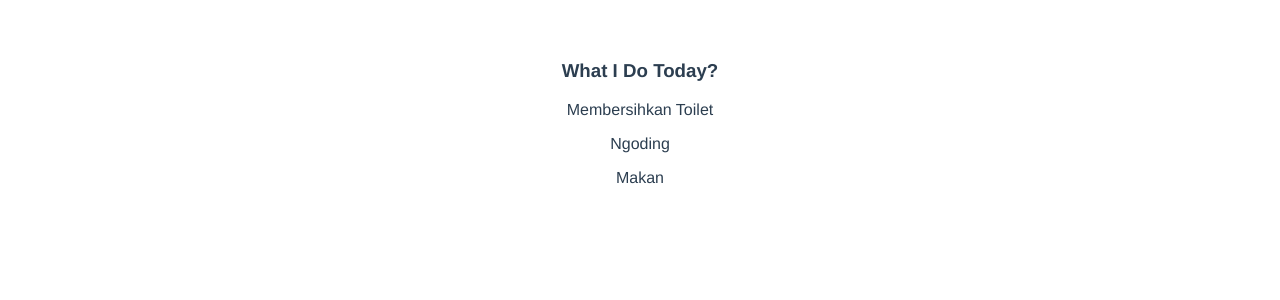
Repository: AdiPrimanto/praxis-academy
Page: / (app in novice/03-05/todolist/)
An editor plug-in stored every save of this project. The page is shown before and after the next save, followed by the edit.
The browser window is 1280 px wide. The pictures show the whole page.
The project was rebuilt for these pictures with package versions that can differ from the ones it lists, and the page was loaded fresh each time.

Above is the page before, as saved 2019-11-29 13:57:32.

### novice/03-05/todolist/src/App.vue
<template>
  <div id="app">
    <h3>What I Do Today? </h3>
    <div class="pekerjaan-rumah">
      <div v-for="tugasSaya in tugas" v-bind:key="tugasSaya.id" class="tugas">
        <p>{{tugasSaya.nama}}</p>
      </div>
    </div>
  </div>
</template>

<script>
  // import HelloWorld from './components/HelloWorld.vue'

  export default {
    name: 'app',
    //membuat data json
    //v-for dilakukan jk memiliki array di dalam data:
    data: function() {
      return {
        tugas: [{
          id: 1,
          nama: 'Membersihkan Toilet',
          status: ''
        },
        {
          id: 2,
          nama: 'Ngoding'
        },
        {
          id: 3,
          nama: 'Makan'
        }]
      };
    },
    components: {

    }
  }
</script>

<style>
  #app {
    font-family: 'Avenir', Helvetica, Arial, sans-serif;
    -webkit-font-smoothing: antialiased;
    -moz-osx-font-smoothing: grayscale;
    text-align: center;
    color: #2c3e50;
    margin-top: 60px;
  }
</style>

Loaded but not shown: novice/03-05/todolist/public/index.html (common file); novice/03-05/todolist/src/main.js (common file)

After the next save:
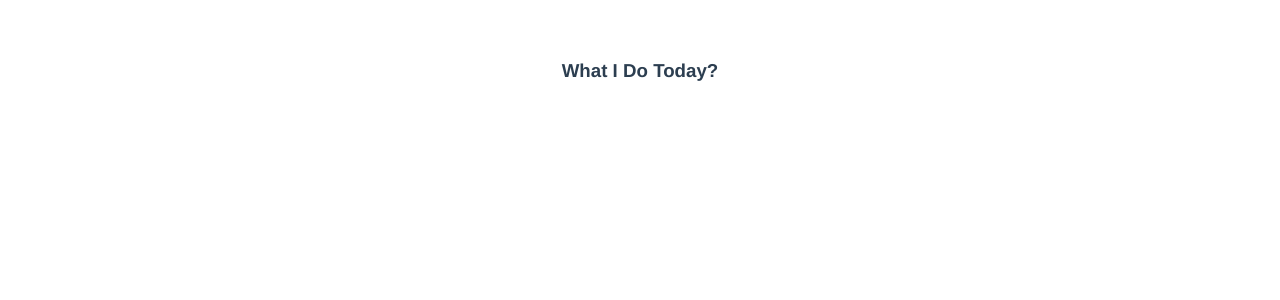
Saved 6 s later.
--- a/novice/03-05/todolist/src/App.vue
+++ b/novice/03-05/todolist/src/App.vue
@@ -21,7 +21,7 @@
         tugas: [{
           id: 1,
           nama: 'Membersihkan Toilet',
-          status: ''
+          isD
         },
         {
           id: 2,

After the save that followed:
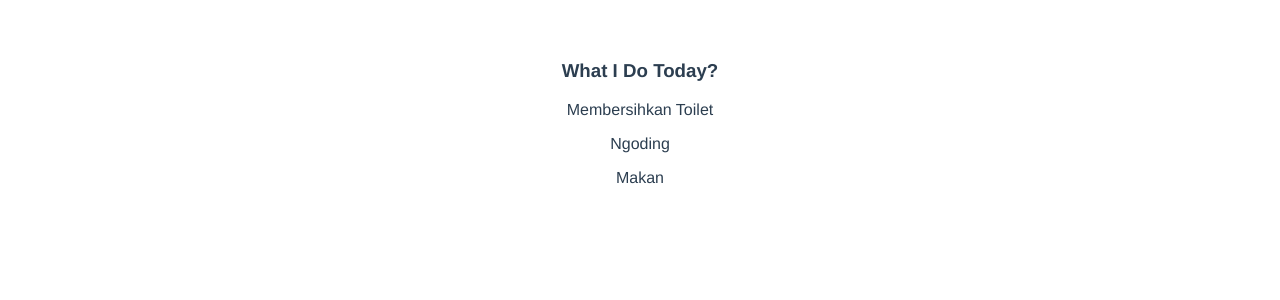
Saved 5 s later.
--- a/novice/03-05/todolist/src/App.vue
+++ b/novice/03-05/todolist/src/App.vue
@@ -21,7 +21,7 @@
         tugas: [{
           id: 1,
           nama: 'Membersihkan Toilet',
-          isD
+          isDone: true
         },
         {
           id: 2,
